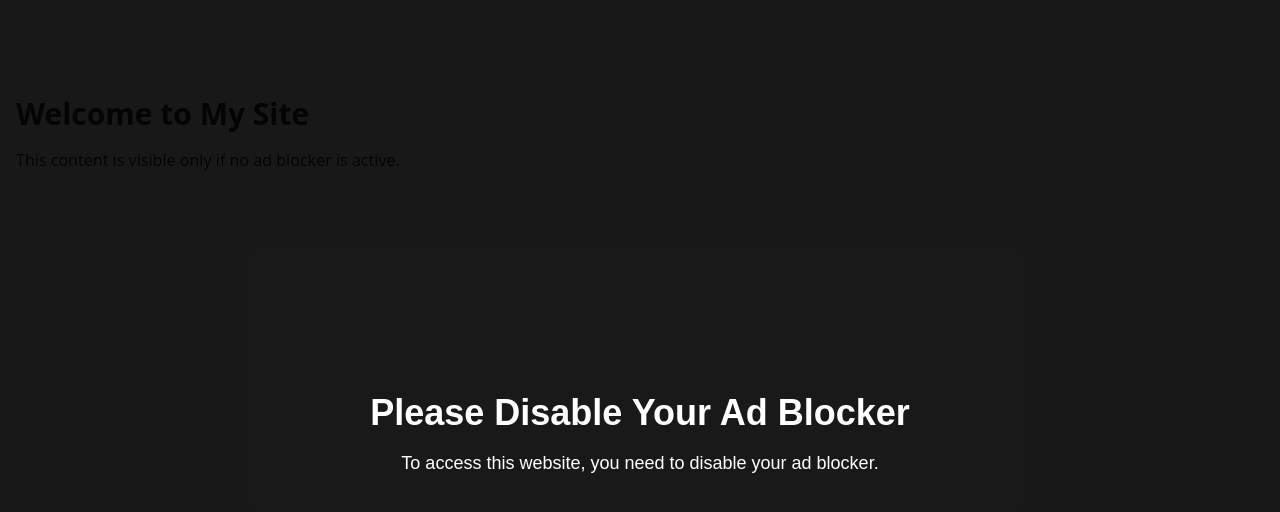
Repository: saroeuntola/we-share
Page: http://localhost/ad-blocker.php
An editor plug-in stored every save of this project. The page is shown before and after a run of saves, followed by the edit.
The browser window is 1280 px wide. The pictures show the whole page.
Some web libraries are served in a nearby version. The page is run by PHP 8.4 with error messages shown; the project is at /var/www/html/.

Above is the page before, as saved 2025-08-29 13:01:59.

### ad-blocker.php
<!DOCTYPE html>
<html lang="en">

<head>
    <meta charset="UTF-8">
    <meta name="viewport" content="width=device-width, initial-scale=1.0">
    <title>My Site</title>

    <!-- Tailwind v5 CDN -->
    <script src="https://cdn.tailwindcss.com"></script>

    <style>
        /* Full-page overlay for adblock message */
        #adblock-message {
            display: none;
            position: fixed;
            inset: 0;
            background-color: rgba(0, 0, 0, 0.9);
            color: white;
            text-align: center;
            padding-top: 150px;
            z-index: 9999;
            font-family: sans-serif;
        }
    </style>
</head>

<body class="bg-gray-50 text-gray-800">

    <!-- Ad Blocker Message -->
    <div id="adblock-message" class="flex flex-col items-center justify-center">
        <h1 class="text-4xl font-bold mb-4">Please Disable Your Ad Blocker</h1>
        <p class="text-lg">To access this website, you need to disable your ad blocker.</p>
    </div>

    <!-- Site Content -->
    <main class="max-w-7xl mx-auto p-4 mt-20">
        <h1 class="text-3xl font-bold mb-4">Welcome to My Site</h1>
        <p>This content is visible only if no ad blocker is active.</p>
    </main>

    <script>
        let baitElements = [];

        const adClasses = ['adsbox', 'adsbygoogle', 'ad-banner', 'advert', 'ad-container'];

        adClasses.forEach(cls => {
            let div = document.createElement('div');
            div.className = cls;
            div.style.width = '1px';
            div.style.height = '1px';
            div.style.position = 'absolute';
            div.style.top = '-1000px';
            document.body.appendChild(div);
            baitElements.push(div);
        });


        let adBlocked = false;

        function showAdBlockMessage() {
            const msg = document.getElementById('adblock-message');
            msg.style.display = 'flex';
            document.body.style.overflow = 'hidden';
        }

        window.addEventListener('load', function() {
            baitElements.forEach(div => {
                if (!div || div.offsetParent === null || div.offsetHeight === 0 || div.offsetWidth === 0) {
                    adBlocked = true;
                }
                // Clean up
                if (div) div.remove();
            });

            const adScript = document.createElement('script');
            adScript.src = 'https://pagead2.googlesyndication.com/pagead/js/adsbygoogle.js';
            adScript.async = true;
            adScript.onerror = function() {
                adBlocked = true;
                showAdBlockMessage();
            };
            adScript.onload = function() {
                if (adBlocked) showAdBlockMessage();
            };
            document.body.appendChild(adScript);

            // If any bait div detected as blocked
            if (adBlocked) showAdBlockMessage();
        });
    </script>

</body>

</html>

After the next 5 saves:
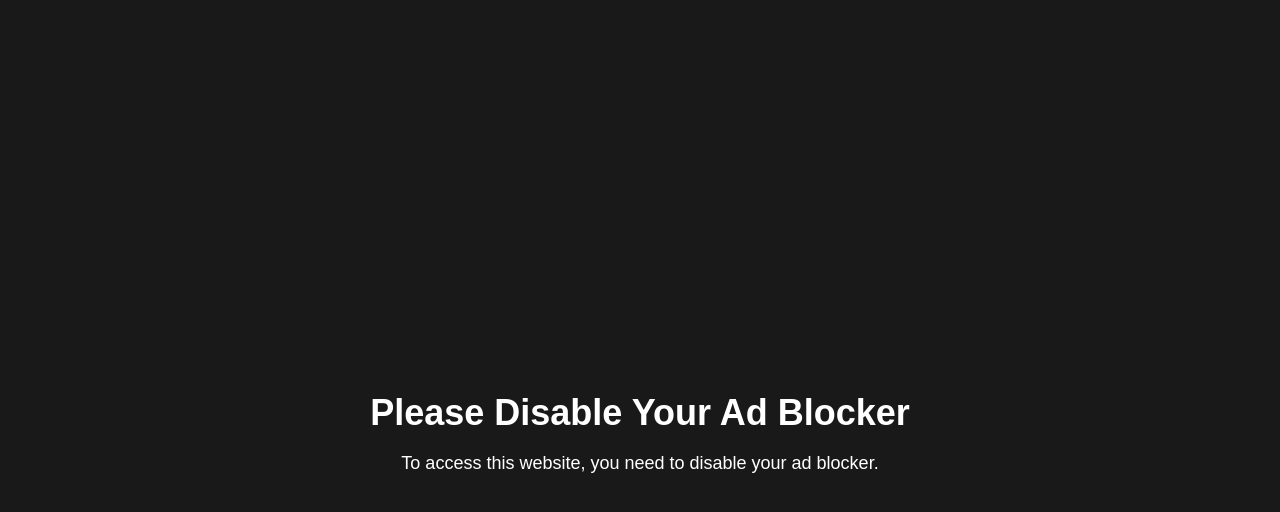
The 5 saves are shown as one change because they came seconds apart.
The last was saved 12 s later.
--- a/ad-blocker.php
+++ b/ad-blocker.php
@@ -25,19 +25,11 @@
     </style>
 </head>
 
-<body class="bg-gray-50 text-gray-800">
-
-    <!-- Ad Blocker Message -->
+<body class=" text-gray-800">
     <div id="adblock-message" class="flex flex-col items-center justify-center">
         <h1 class="text-4xl font-bold mb-4">Please Disable Your Ad Blocker</h1>
         <p class="text-lg">To access this website, you need to disable your ad blocker.</p>
     </div>
-
-    <!-- Site Content -->
-    <main class="max-w-7xl mx-auto p-4 mt-20">
-        <h1 class="text-3xl font-bold mb-4">Welcome to My Site</h1>
-        <p>This content is visible only if no ad blocker is active.</p>
-    </main>
 
     <script>
         let baitElements = [];
